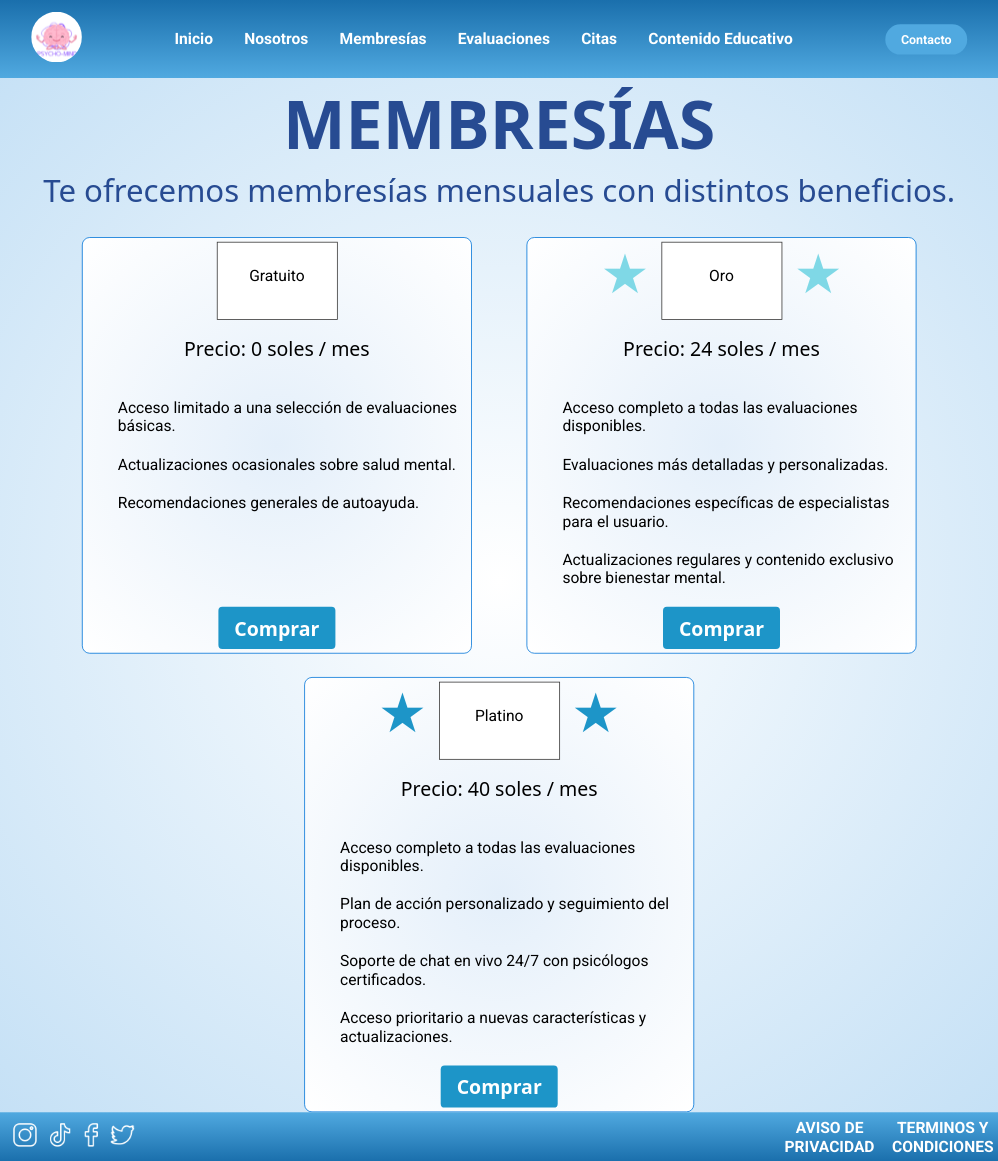
Repository: ChristianAvilesS/PsychoMind
Page: public/membresias.html
An editor plug-in stored every save of this project. The page is shown before and after the next save, followed by the edit.
The browser window is 1280 px wide. The pictures show the whole page, at 78% of full size.
Some web libraries are served in a nearby version.

Above is the page before, as saved 2025-04-20 18:50:10.

After the next save:
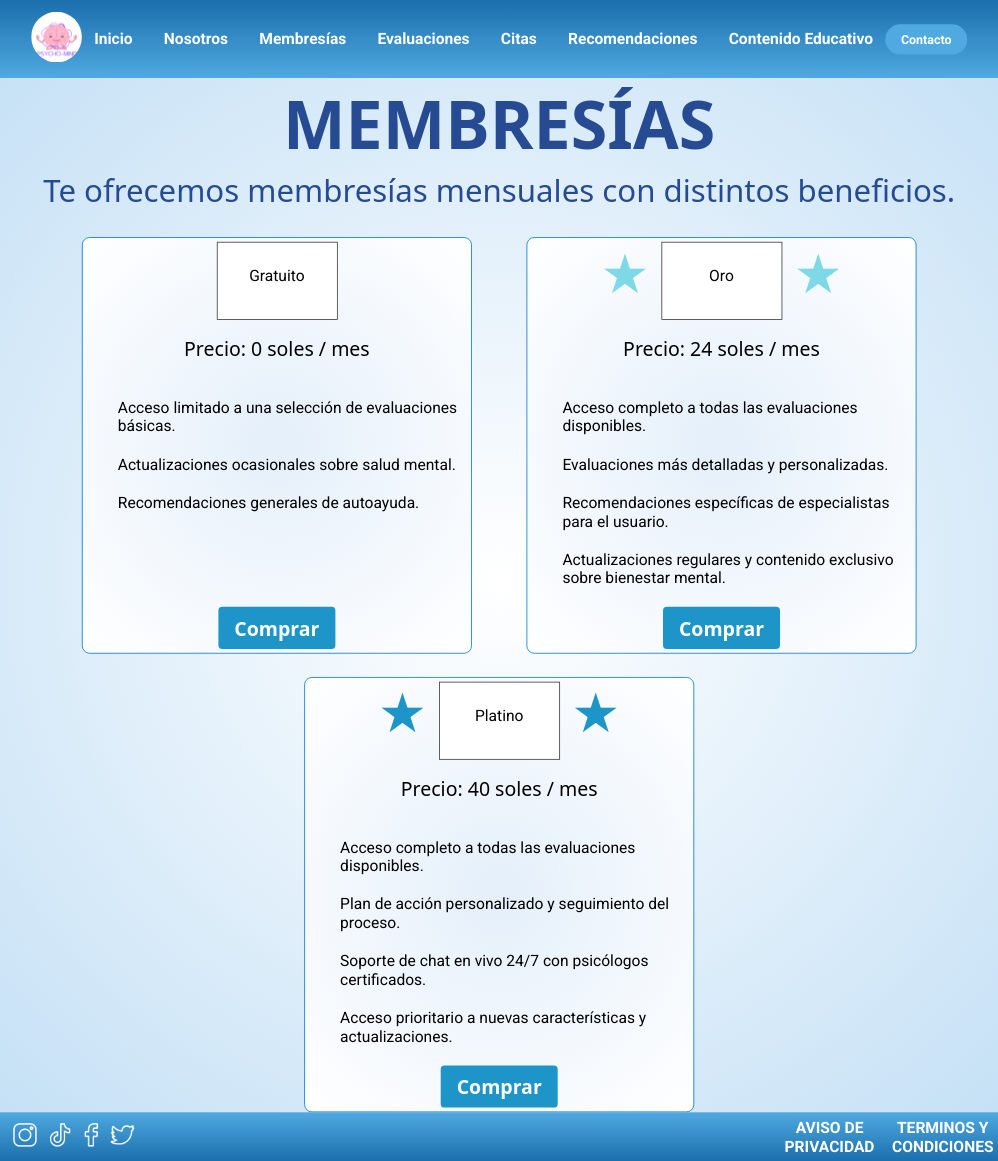
Saved 17 s later.
--- a/public/membresias.html
+++ b/public/membresias.html
@@ -20,6 +20,7 @@
                     <li><a href="membresias.html" class="var-link">Membresías</a></li>
                     <li><a href="evaluaciones.html" class="var-link">Evaluaciones</a></li>
                     <li><a href="citas.html" class="var-link">Citas</a></li>
+                    <li><a href="recomendaciones.html" class="var-link">Recomendaciones</a></li>
                     <li><a href="contenidoEducativo.html" class="var-link">Contenido Educativo</a></li>
                 </ul>
                 <a href="contacto.html" class="action_btn var-link">Contacto</a>
@@ -33,8 +34,10 @@
                 <li><a href="membresias.html" class="var-link">Membresías</a></li>
                 <li><a href="evaluaciones.html" class="var-link">Evaluaciones</a></li>
                 <li><a href="citas.html" class="var-link">Citas</a></li>
+                <li><a href="recomendaciones.html" class="var-link">Recomendaciones</a></li>
+                <li><a href="contenidoEducativo.html" class="var-link">Contenido Educativo</a></li>
                 <li><a href="contacto.html" class="action_btn var-link">Contacto</a></li>
-                <li><a href="contenidoEducativo.html" class="var-link">Contenido Educativo</a></li>
+
             </div>
         </header>
         <main>
